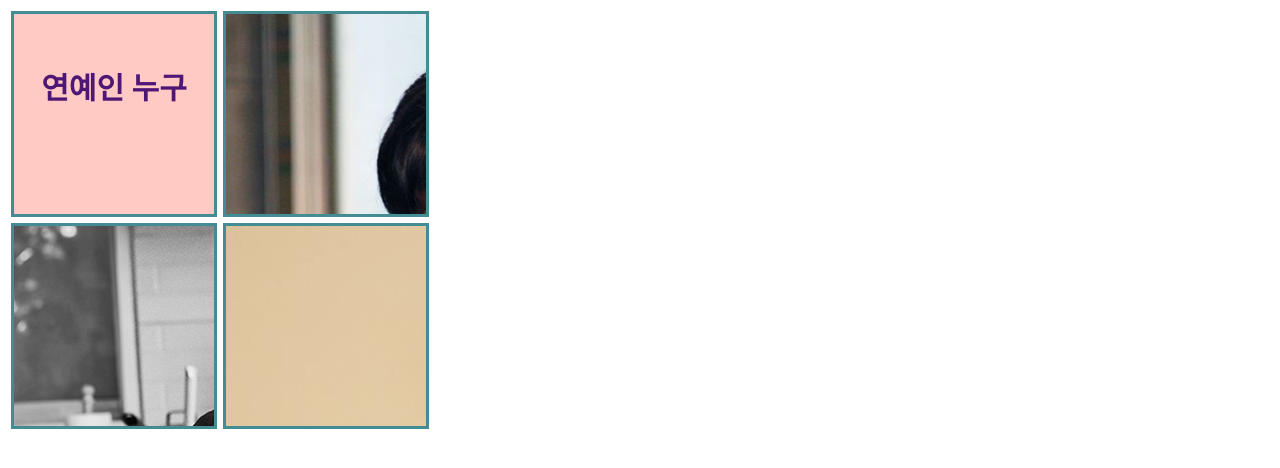
Repository: hojohe/bit-java
Page: 07_css/WebContent/99_exam/exam02.html
The author's editor kept a copy of each file at every save. The page is drawn from the files as they stood at one save, then again after a run of saves.
The browser window is 1280 px wide. The pictures show the whole page.
The pointer rests on the first visible `div.pic1`.

Above is the page before, as saved 2017-01-25 05:33:11.

### 07_css/WebContent/99_exam/exam02.html
<!DOCTYPE html>
<html>
<head>
<meta charset="EUC-KR">
<title>Insert title here</title>

<style>
	div {
		width: 200px;
		height: 200px;
		border: 3px solid #438C94;
		float: left;
		margin: 3px 3px;
	}

	div.pic1 {
		background-color: #FFC9C4;
		font: bold 30px 굴림;
		font-weight: 700;
		text-align: center;
		color: #4F1775;
	}
	div.pic1:hover {
		transition: 4s linear;
	}

	div > span {
		width: 200px; height: 50px;
		display: block;
		margin-top: 50px;
	}

	div.pic2 {
		background-image: url("/07_css/99_exam/images/01/공유1.jpg");
	}
	div.pic2:hover {
		transition: 4s linear;
	}

	div.pic3 {
		clear: both;
		background-image: url("/07_css/99_exam/images/01/공유2.jpg");
	}
	div.pic3:hover {
		transition: 4s linear;
	}

	div.pic4 {
		background-image: url("/07_css/99_exam/images/01/공유3.jpg");
	}
	div.pic4:hover {
		transition: 4s linear;
	}

</style>

</head>
<body>
	<div class="pic1"><span>연예인 누구</span></div>
	<div class="pic2"></div>
	<div class="pic3"></div>
	<div class="pic4"></div>
</body>
</html>

After the next 4 saves:
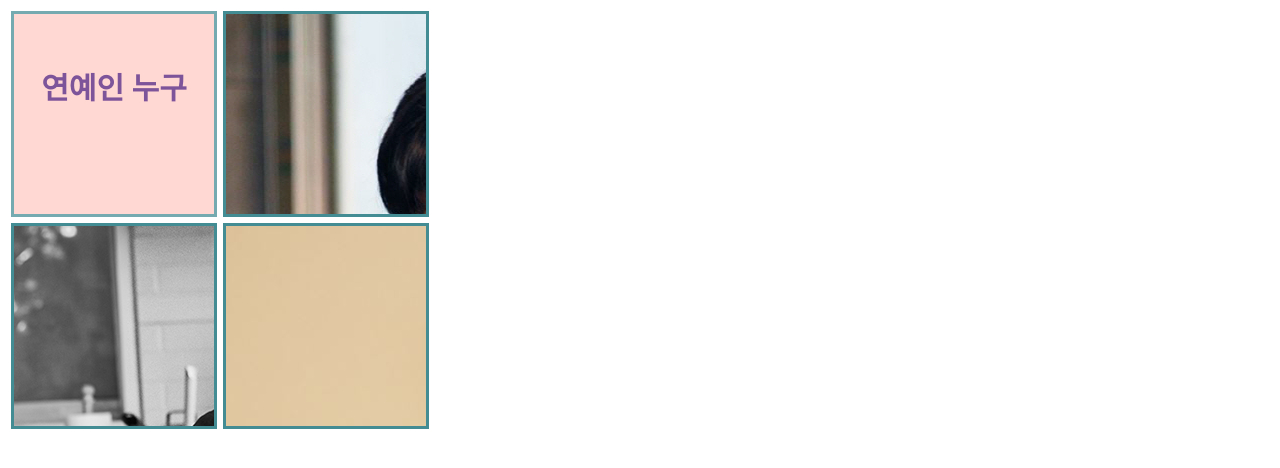
The 4 saves are shown as one change because they came seconds apart.
The last was saved 25 s later.
--- a/07_css/WebContent/99_exam/exam02.html
+++ b/07_css/WebContent/99_exam/exam02.html
@@ -22,6 +22,7 @@
 	}
 	div.pic1:hover {
 		transition: 4s linear;
+		opacity: 0.3;
 	}
 
 	div > span {
@@ -35,6 +36,7 @@
 	}
 	div.pic2:hover {
 		transition: 4s linear;
+		opacity: 0.3;
 	}
 
 	div.pic3 {
@@ -43,6 +45,7 @@
 	}
 	div.pic3:hover {
 		transition: 4s linear;
+		opacity: 0.3;
 	}
 
 	div.pic4 {
@@ -50,6 +53,7 @@
 	}
 	div.pic4:hover {
 		transition: 4s linear;
+		opacity: 0.3;
 	}
 
 </style>
